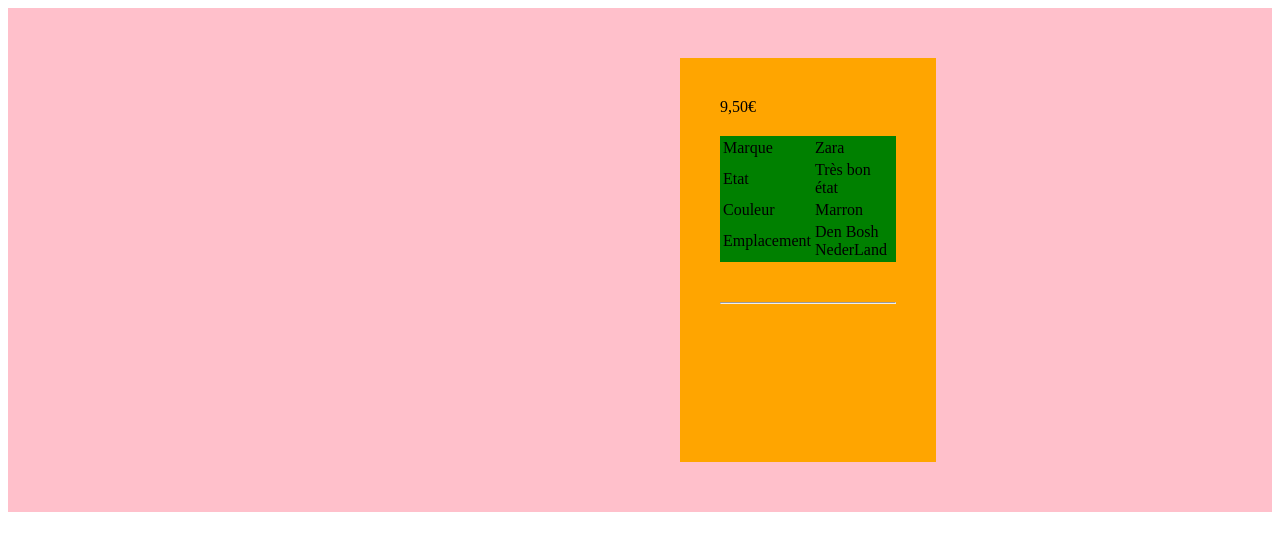
Repository: mel-in-a/vinted-front-clone
Page: html/offer.html
These files come from the project's save history. The page is drawn as it stood at one moment and after the next save; the edit follows.
The browser window is 1280 px wide. The pictures show the whole page.

Above is the page before, as saved 2021-07-29 16:31:58.

After the next save:
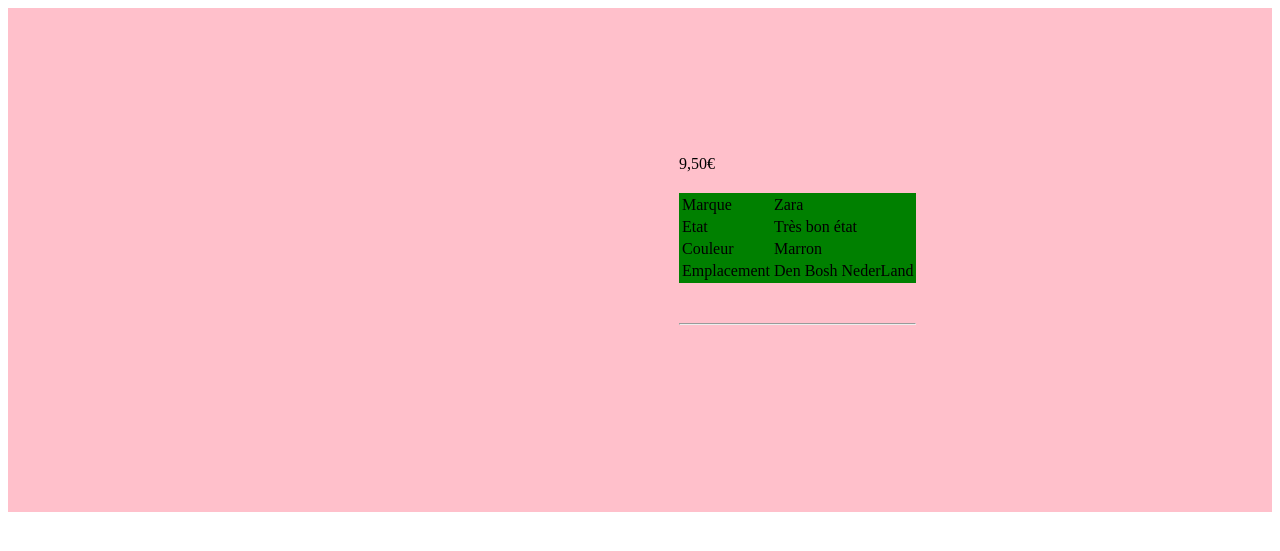
Saved 5 s later.
--- a/html/offer.css
+++ b/html/offer.css
@@ -8,7 +8,7 @@
 
   }
 
-  .offer.left, .right {
+  .offer.left, .offer.right {
     width: 20vw;
     background-color: orange;
     height: 80%;
